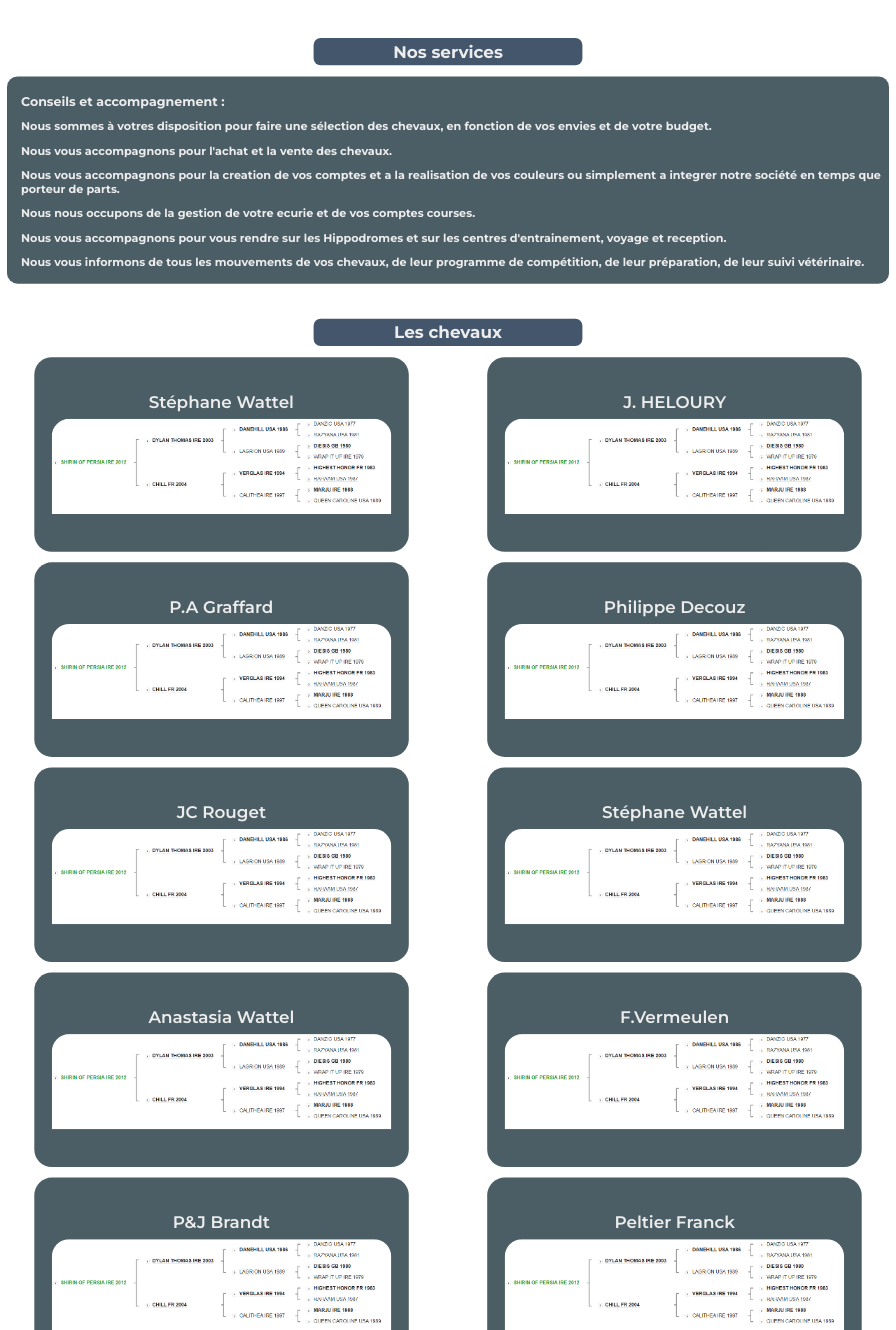
Repository: Vanitti/Site-web
Page: index.html
An editor plug-in stored every save of this project. The page is shown before and after the next save, followed by the edit.
The browser window is 1280 px wide. The pictures show the part of the page from y = 576 to 2476 px (the page is 4055 px tall), at 70% of full size.
Some web libraries are served in a nearby version.

Above is the page before, as saved 2023-06-24 15:16:56.
Not found: app.js

After the next save:
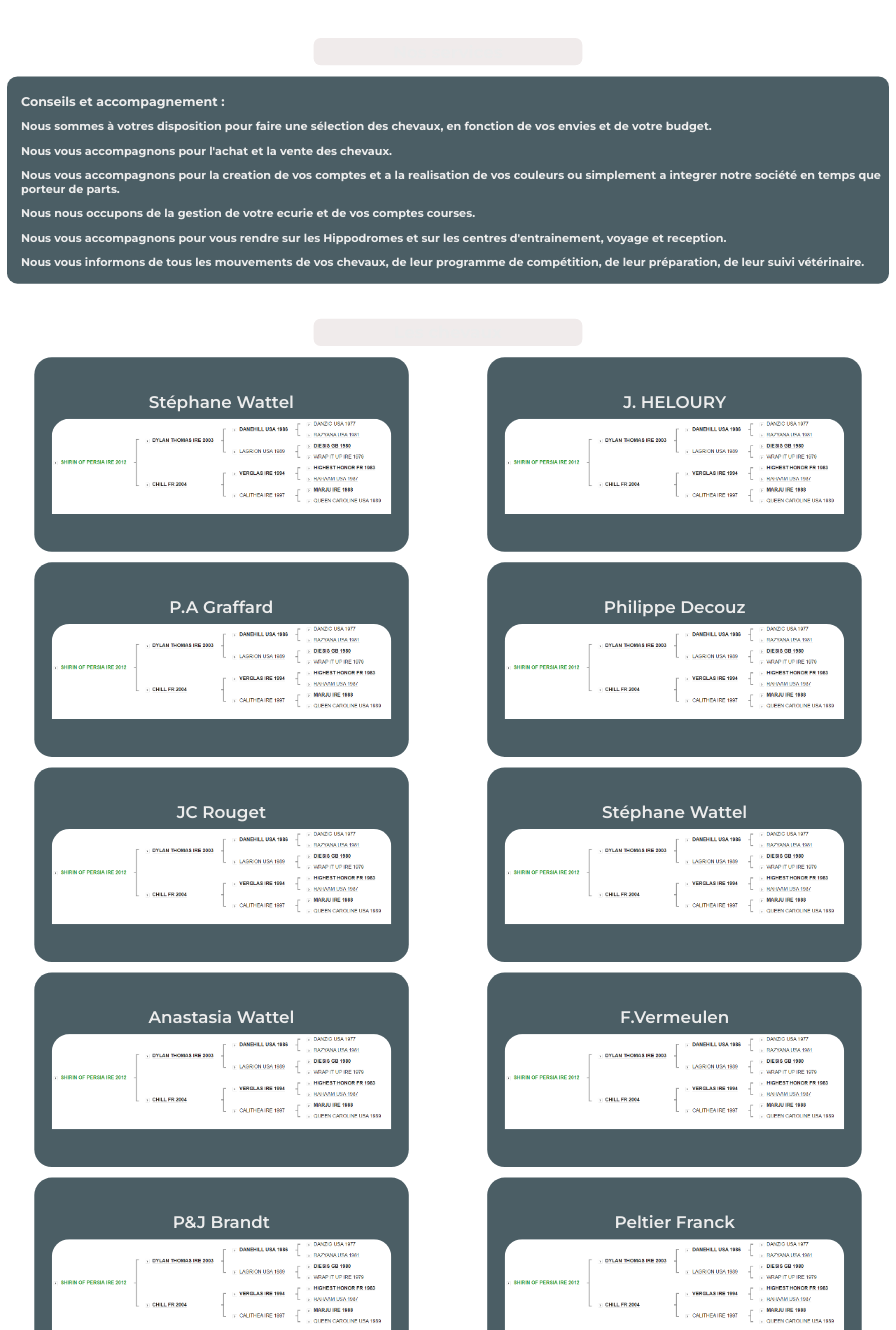
Saved 77 s later.
--- a/index.css
+++ b/index.css
@@ -32,7 +32,7 @@ header {
     font-weight: bold;
     color: #ececec;
     text-align: center;
-    background-color: #44566c;
+    border-color: #44566c;
     color: #ececec;
     margin-left: 35%;
     margin-right: 35%;
